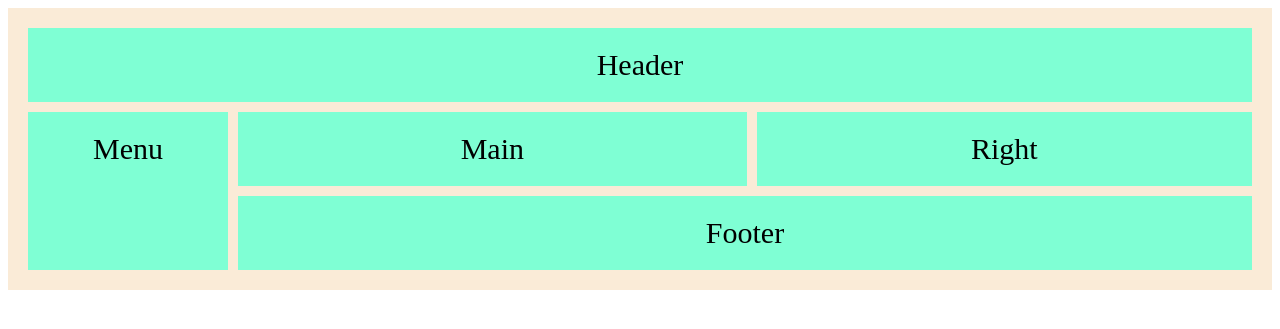
Repository: Thonghehe/Lab1_WEB106
Page: index11.html
These files come from the project's save history. The page is drawn as it stood at one moment and after the next save; the edit follows.
The browser window is 1280 px wide. The pictures show the whole page.

Above is the page before, as saved 2024-03-05 17:40:21.

After the next save:
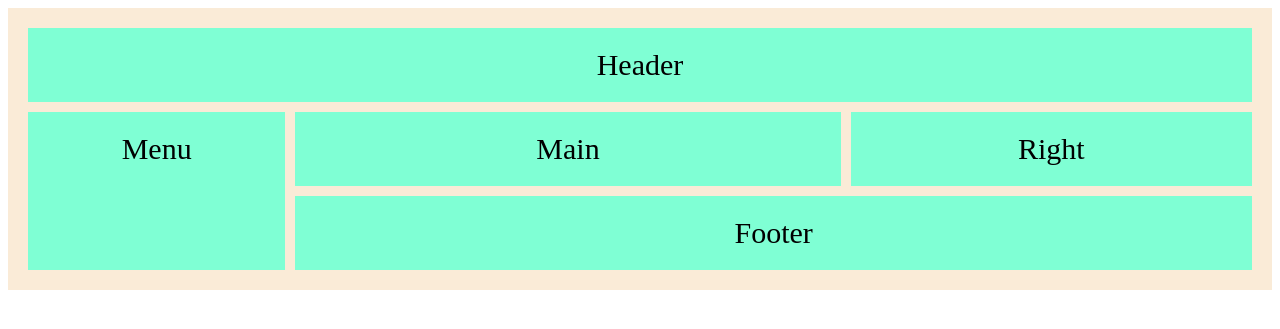
Saved 17 s later.
--- a/style.css
+++ b/style.css
@@ -27,7 +27,7 @@
     gap: 10px;
     padding: 20px;
     background-color: antiquewhite;
-    grid-template-columns: 200px 100px;
+    grid-template-columns: auto;
     grid-template-rows: auto;
     /* justify-content: space-between; */
     /* align-content: space-around; */
